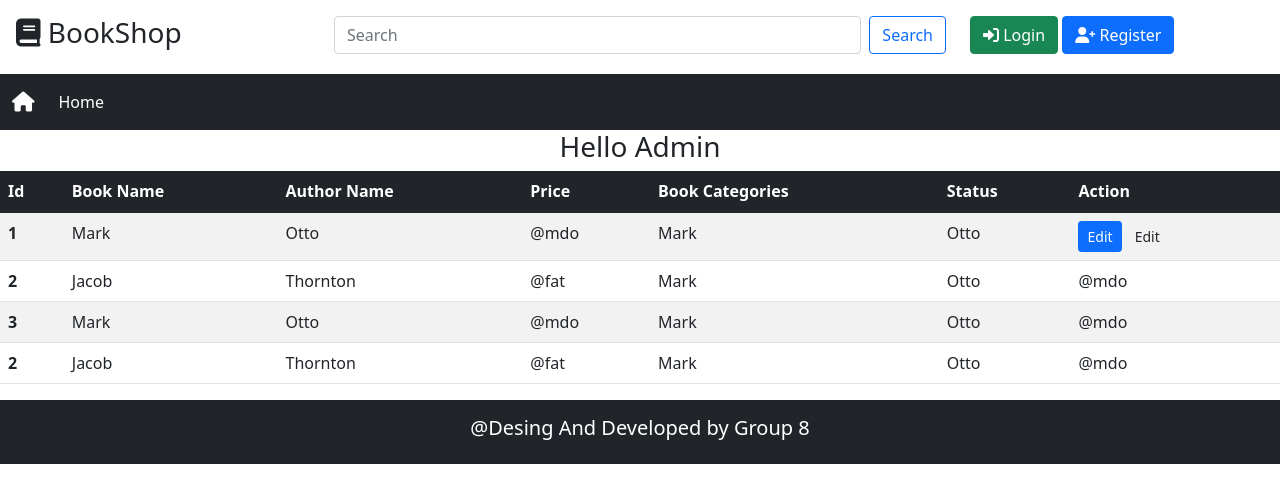
Repository: Abhishekverma23797/BookShopApp
Page: http://localhost/Ebook-App/Admin/all_books.jsp
These files come from the project's save history. The page is drawn as it stood at one moment and after the next save; the edit follows.
The browser window is 1280 px wide. The pictures show the whole page.
The page is served by Tomcat 9.

Above is the page before, as saved 2021-12-09 10:30:00.

After the next save:
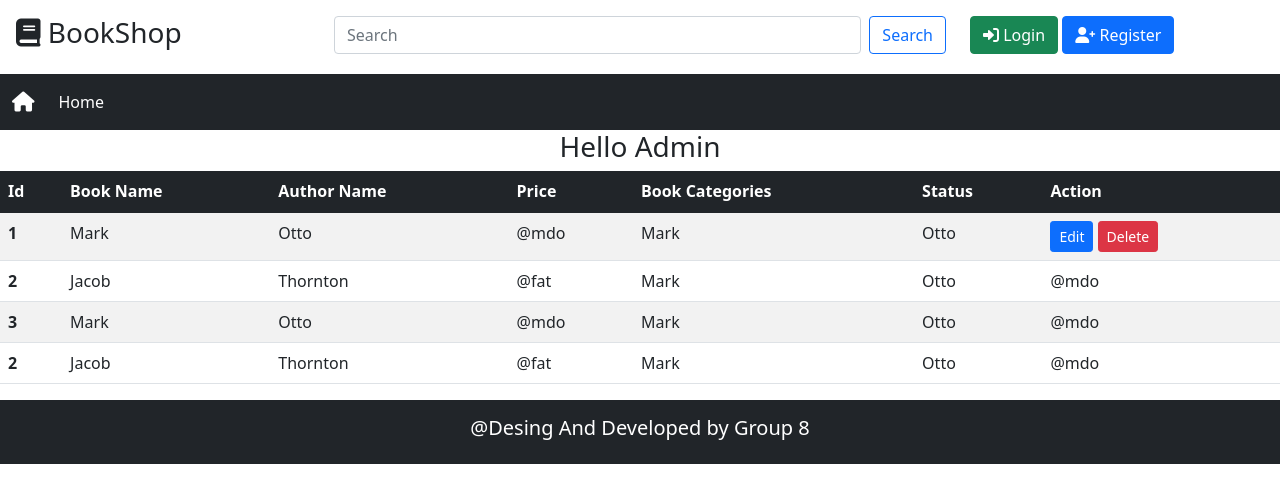
Saved 24 s later.
--- a/Ebook-App/src/main/webapp/Admin/all_books.jsp
+++ b/Ebook-App/src/main/webapp/Admin/all_books.jsp
@@ -32,7 +32,7 @@
 				<td>Mark</td>
 				<td>Otto</td>
 				<td><a href="#" class="btn btn-sm btn-primary">Edit</a> <a
-					href="#" class="btn btn-sm btn-Danger">Edit</a></td>
+					href="#" class="btn btn-sm btn-danger">Delete</a></td>
 			</tr>
 			<tr>
 				<th scope="row">2</th>
